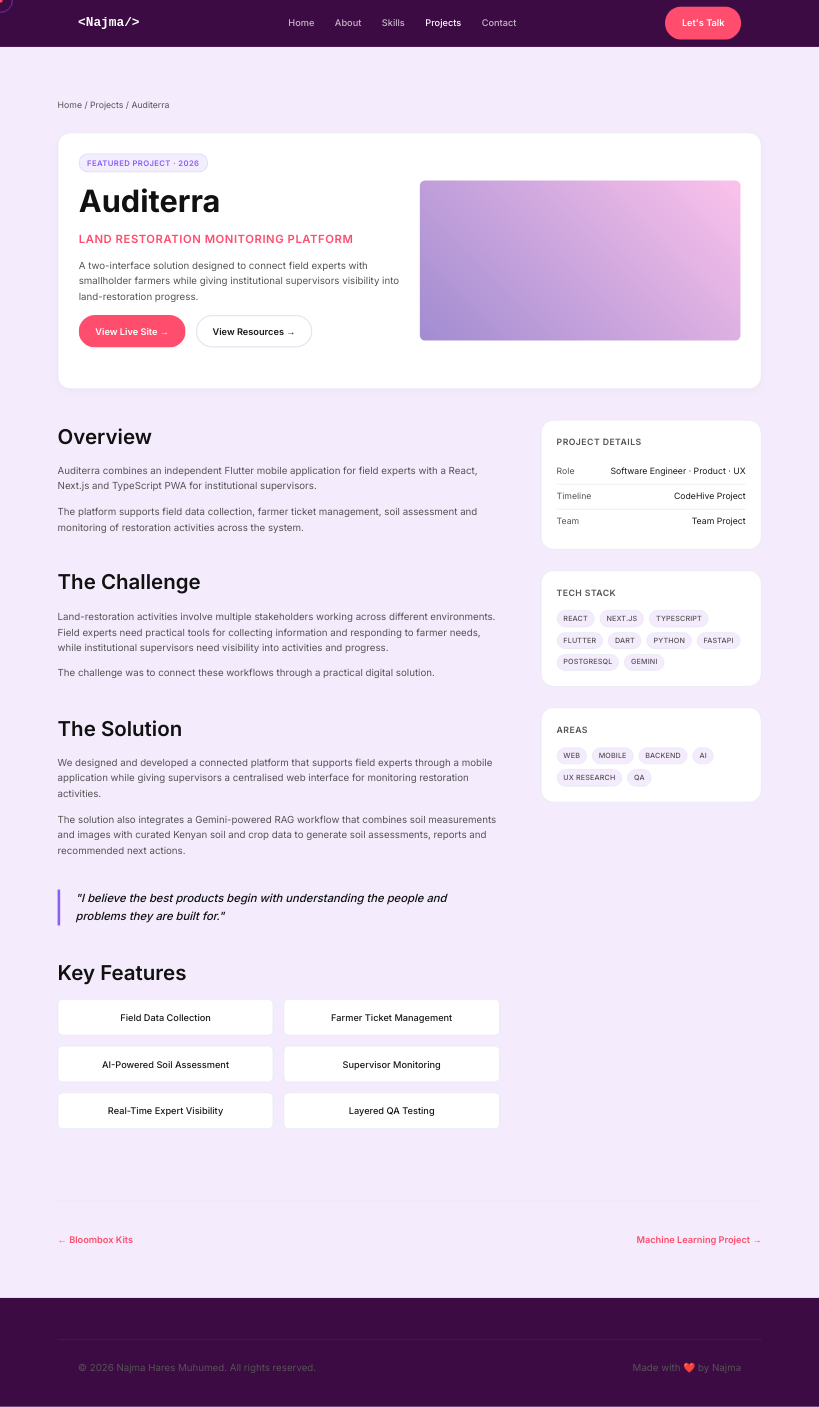
Repository: najmahares/portfolio
Page: project.html
An editor plug-in stored every save of this project. The page is shown before and after the next save, followed by the edit.
The browser window is 1280 px wide. The pictures show the whole page, at 64% of full size.

Above is the page before, as saved 2026-09-19 06:04:34.

After the next save:
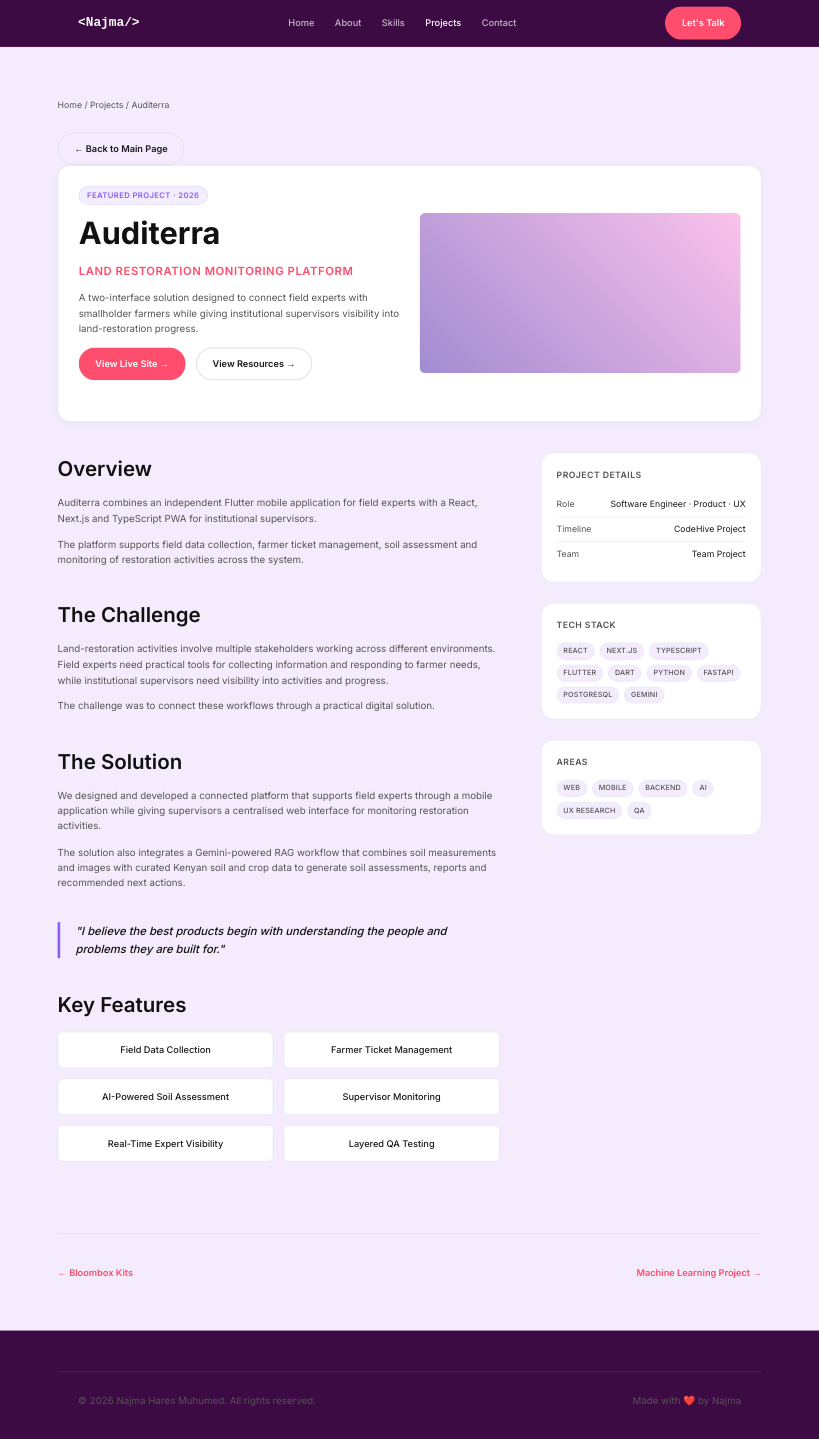
Saved 10 s later.
--- a/project.html
+++ b/project.html
@@ -13,9 +13,6 @@
     <link rel="stylesheet" href="css/style.css" />
   </head>
   <body>
-    <div class="cursor-dot"></div>
-    <div class="cursor-outline"></div>
-
     <!-- Navbar -->
     <nav class="navbar">
       <div class="container nav-container">
@@ -34,11 +31,14 @@
     </nav>
 
     <main class="container section">
-      <!-- Breadcrumbs -->
+      <!-- Breadcrumbs & Back Button -->
       <div class="breadcrumbs reveal">
         <a href="index.html">Home</a> /
         <a href="index.html#projects">Projects</a> / <span>Auditerra</span>
       </div>
+      <a href="index.html" class="btn btn-outline back-btn reveal"
+        >← Back to Main Page</a
+      >
 
       <!-- Project Header -->
       <div class="project-header card reveal">
